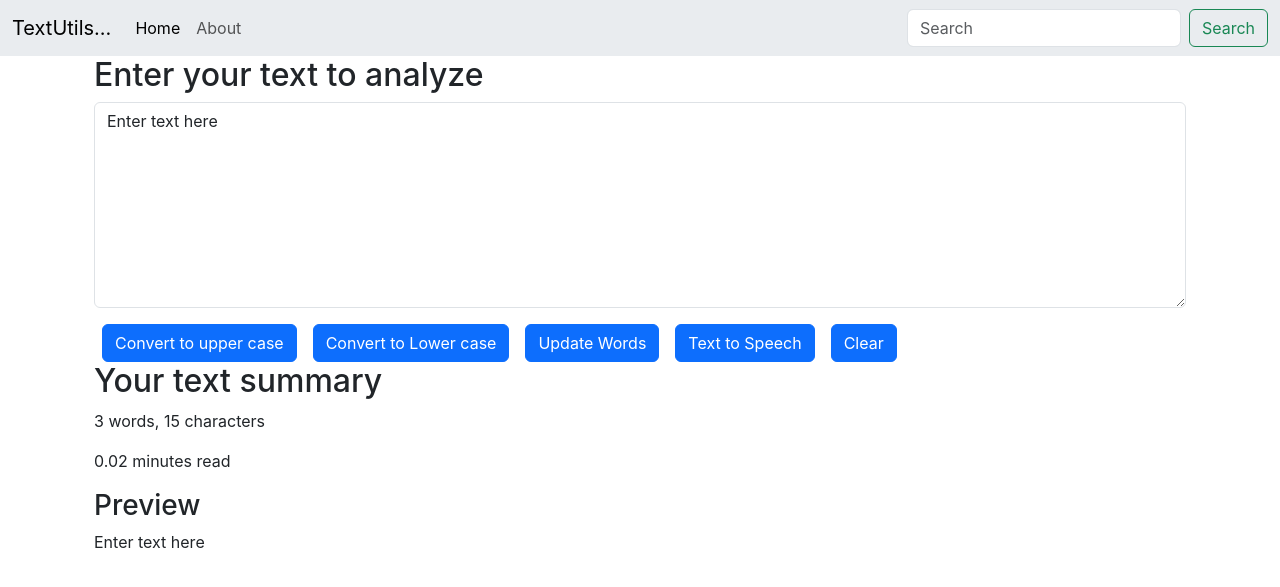
Repository: SujanNagaju/react-demo
Page: /
The author's editor kept a copy of each file at every save. The page is drawn from the files as they stood at one save, then again after the next save.
The browser window is 1280 px wide. The pictures show the whole page.
The project was rebuilt for these pictures with package versions that can differ from the ones it lists, and the page was loaded fresh each time. Also part of the build but not shown: src/App.css.

Above is the page before, as saved 2024-12-29 14:45:57.

After the next save:
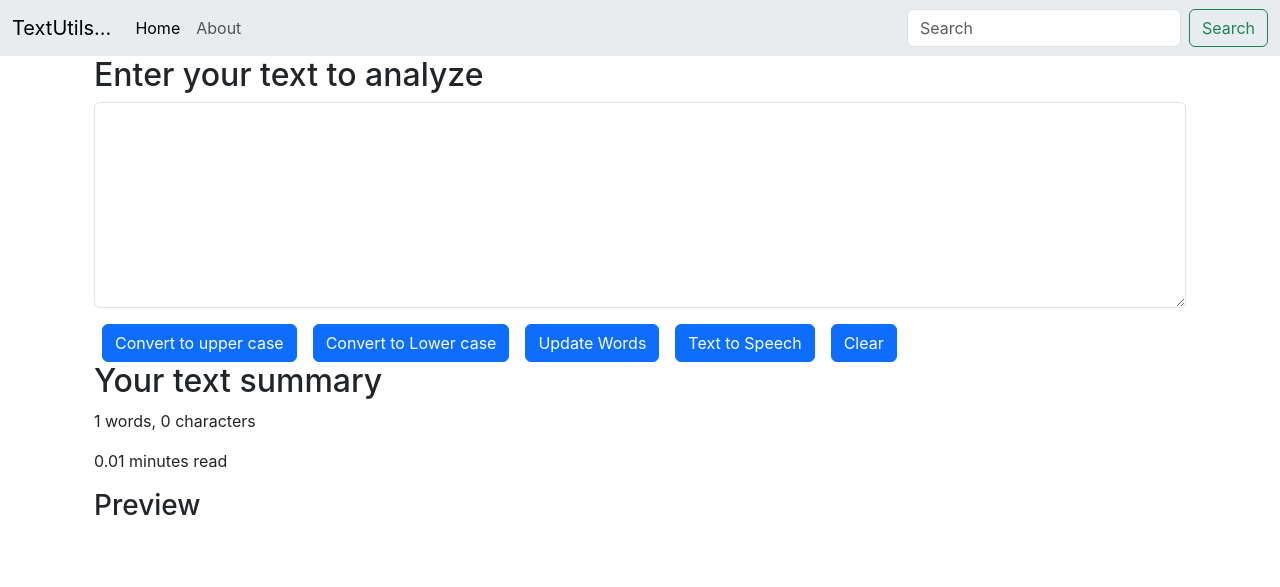
Saved 13 s later.
--- a/src/components/TextForm.js
+++ b/src/components/TextForm.js
@@ -38,7 +38,7 @@
     window.speechSynthesis.speak(Speech);
   }
 
-  const [text, setText] = useState("Enter text here");
+  const [text, setText] = useState("");
   return (
     <>
       <div className="container">
